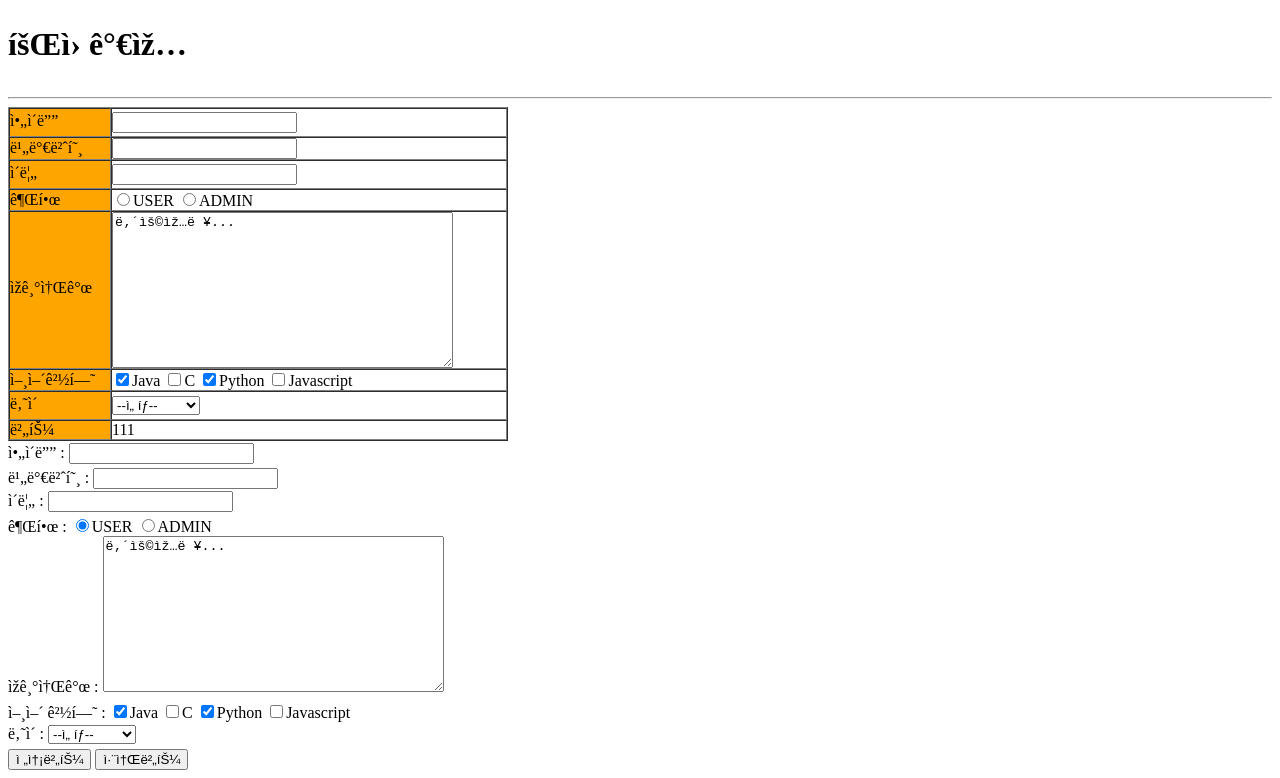
Repository: serim53/JSPStudy
Page: http://localhost/BoardWeb_JSP_/insertUserView.do
These files come from the project's save history. The page is drawn as it stood at one moment and after the next save; the edit follows.
The browser window is 1280 px wide. The pictures show the whole page.
The page is served by Tomcat 10.

Above is the page before, as saved 2025-07-08 05:06:52.

After the next save:
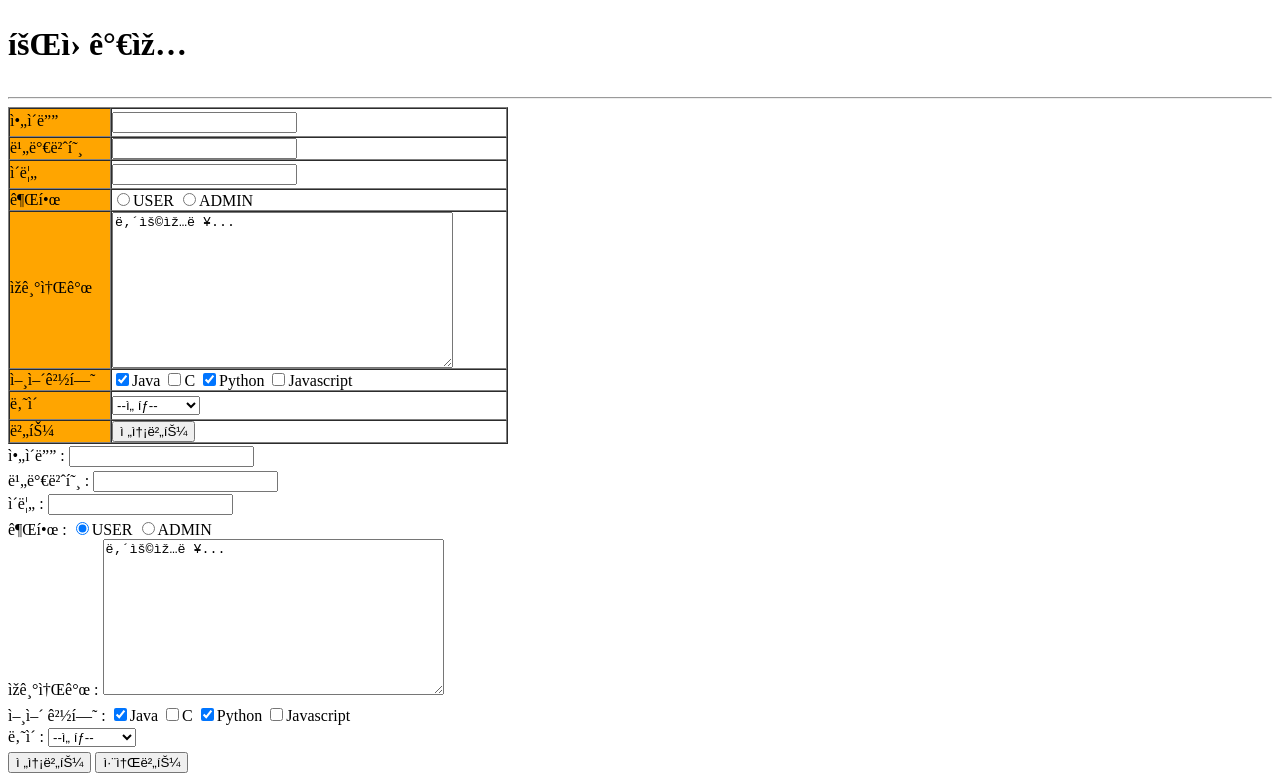
Saved 16 s later.
--- a/BoardWeb(JSP)/src/main/webapp/WEB-INF/board/insertUser.jsp
+++ b/BoardWeb(JSP)/src/main/webapp/WEB-INF/board/insertUser.jsp
@@ -58,7 +58,7 @@
 	</tr>
 	<tr>
 		<td bgcolor="orange">버튼</td>
-		<td>111</td>
+		<td><input type="submit" value="전송버튼"/></td>
 	</tr>
 </table>
 아이디 : <input type="text" size="20"/><br>
